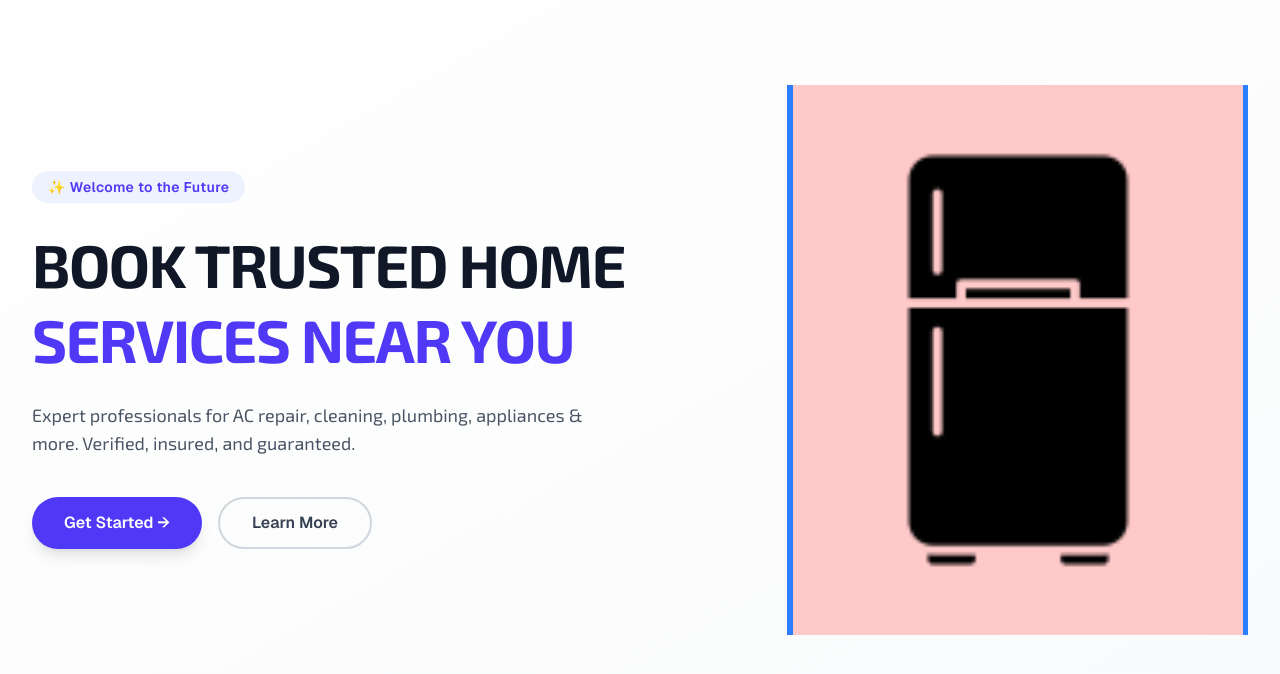
Repository: deepak445566/repai
Page: / (app in repair/)
These files come from the project's save history. The page is drawn as it stood at one moment and after the next save; the edit follows.
The browser window is 1280 px wide. The pictures show the whole page.
The project was rebuilt for these pictures with package versions that can differ from the ones it lists, and the page was loaded fresh each time. The framework's server and built-in components were replaced by stand-ins that run in the browser. Also part of the build but not shown: repair/next.config.mjs.

Above is the page before, as saved 2026-04-15 12:32:28.

### repair/src/app/layout.js
import { Abril_Fatface, Exo_2, Geist, Geist_Mono } from "next/font/google";
import "./globals.css";

const geistSans = Geist({
  variable: "--font-geist-sans",
  subsets: ["latin"],
});

const geistMono = Geist_Mono({
  variable: "--font-geist-mono",
  subsets: ["latin"],
});
const abril = Abril_Fatface({
  weight: '400',
  subsets: ['latin'],
  variable: '--font-abril',
});

const exo = Exo_2({
  subsets: ['latin'],
  weight: ['400','600','700'],
  variable: '--font-exo',
});

export const metadata = {
  title: "Create Next App",
  description: "Generated by create next app",
};

export default function RootLayout({ children }) {
  return (
    <html
      lang="en"
      className={`${geistSans.variable} ${geistMono.variable} ${abril.variable} ${exo.variable} h-full antialiased`}
    >
      <body className="min-h-full flex flex-col">{children}</body>
    </html>
  );
}

### repair/src/app/page.js
import HeroPage from '@/components/heroPage'
import React from 'react'

function page() {
  return (
   <>
   <HeroPage/>

   </>
  )
}

export default page

### repair/src/app/globals.css
@import "tailwindcss";

:root {
  --background: #ffffff;
  --foreground: #171717;
}

@theme inline {
  --color-background: var(--background);
  --color-foreground: var(--foreground);
  --font-sans: var(--font-geist-sans);
  --font-mono: var(--font-geist-mono);
}

@media (prefers-color-scheme: dark) {
  :root {
    --background: #0a0a0a;
    --foreground: #ededed;
  }
}

body {
  background: var(--background);
  color: var(--foreground);
  font-family: var(--font-parkinsans);
}



.abril {
  font-family: var(--font-abril);
}

.exo {
  font-family: var(--font-exo);
}

### repair/src/components/heroPage.jsx
import Image from 'next/image';

export default function HeroPage() {
  return (
    <div className="min-h-screen bg-gradient-to-br from-white to-gray-50 flex items-center justify-center px-4 lg:px-8 py-12">
      <div className="max-w-7xl mx-auto w-full">
        <div className="flex flex-col lg:flex-row items-center gap-12 lg:gap-16">

          {/* Left Section - 60% Width */}
          <div className="w-full lg:w-[60%] text-center lg:text-left space-y-6">
            <div className="inline-block px-4 py-1.5 rounded-full bg-indigo-50 text-indigo-600 text-sm font-semibold tracking-wide">
              ✨ Welcome to the Future
            </div>

            <h1 className="text-4xl sm:text-5xl lg:text-6xl font-bold tracking-tight text-gray-900 leading-tight uppercase exo">
            Book Trusted Home
              <span className="text-indigo-600 block"> Services Near You</span>
            </h1>

            <p className="text-lg text-gray-600 max-w-xl mx-auto lg:mx-0 exo">
         Expert professionals for AC repair, cleaning, plumbing, appliances & more. Verified, insured, and guaranteed.
            </p>

            <div className="flex flex-col sm:flex-row gap-4 justify-center lg:justify-start pt-4">
              <button className="px-8 py-3 rounded-full bg-indigo-600 text-white font-semibold shadow-lg hover:bg-indigo-700 transition-all duration-200 transform hover:scale-105">
                Get Started →
              </button>
              <button className="px-8 py-3 rounded-full border-2 border-gray-300 text-gray-700 font-semibold hover:bg-gray-50 transition-all duration-200">
                Learn More
              </button>
            </div>
          </div>

          {/* Right Section - 40% Width */}
          <div className="w-full lg:w-[40%] flex justify-center lg:justify-end bg-blue-500">
            <div className="relative w-full max-w-sm sm:max-w-md lg:max-w-lg">
              <div className="absolute inset-0 opacity-60 -z-10"></div>
              <div className="relative overflow-hidden">
                {/* Size control - Apni hisaab se change karo */}
                <div className="relative w-[350px] h-[400px] md:w-[400px] md:h-[400px] lg:w-[450px] lg:h-[550px] mx-auto bg-red-200">
                  <Image
                    src="/images/image.png"
                    alt="Hero Image"
                    fill
                    className="object-contain p-4"
                    priority
                  />
                </div>
              </div>
            </div>
          </div>
        </div>
      </div>
    </div>
  );
}

After the next save:
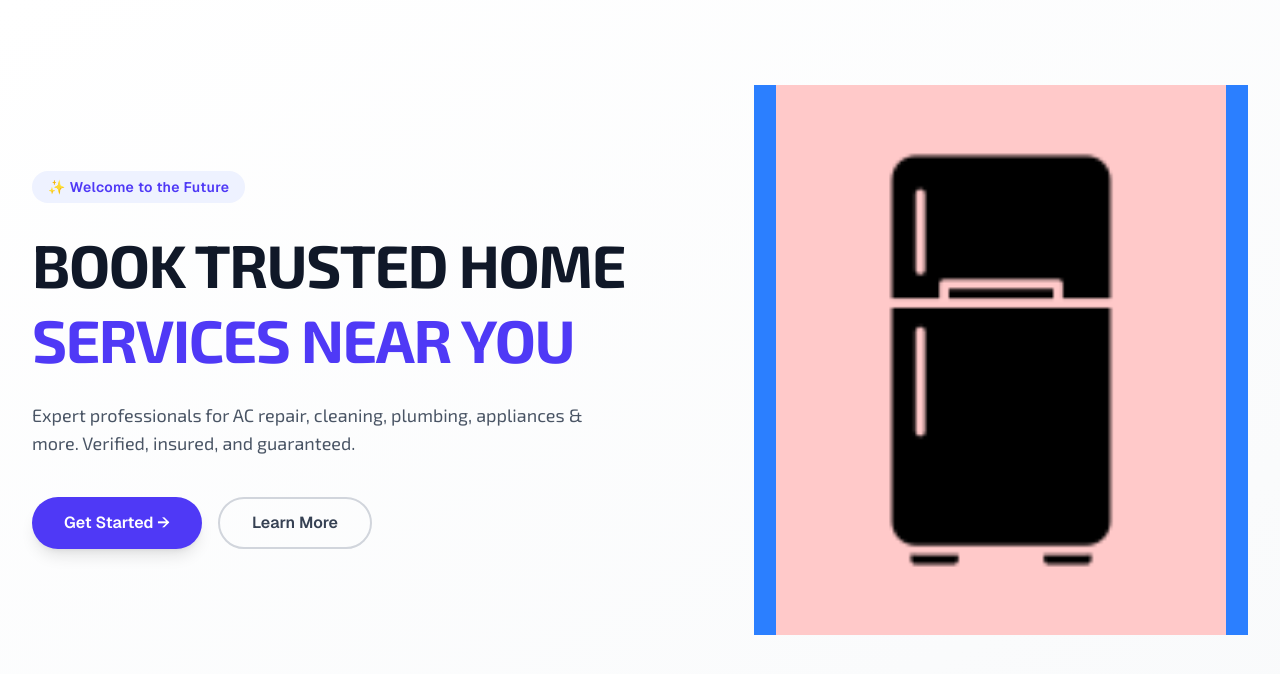
Saved 6 s later.
--- a/repair/src/components/heroPage.jsx
+++ b/repair/src/components/heroPage.jsx
@@ -32,7 +32,7 @@ export default function HeroPage() {
           </div>
 
           {/* Right Section - 40% Width */}
-          <div className="w-full lg:w-[40%] flex justify-center lg:justify-end bg-blue-500">
+          <div className="w-full lg:w-[45%] flex justify-center lg:justify-end bg-blue-500">
             <div className="relative w-full max-w-sm sm:max-w-md lg:max-w-lg">
               <div className="absolute inset-0 opacity-60 -z-10"></div>
               <div className="relative overflow-hidden">
